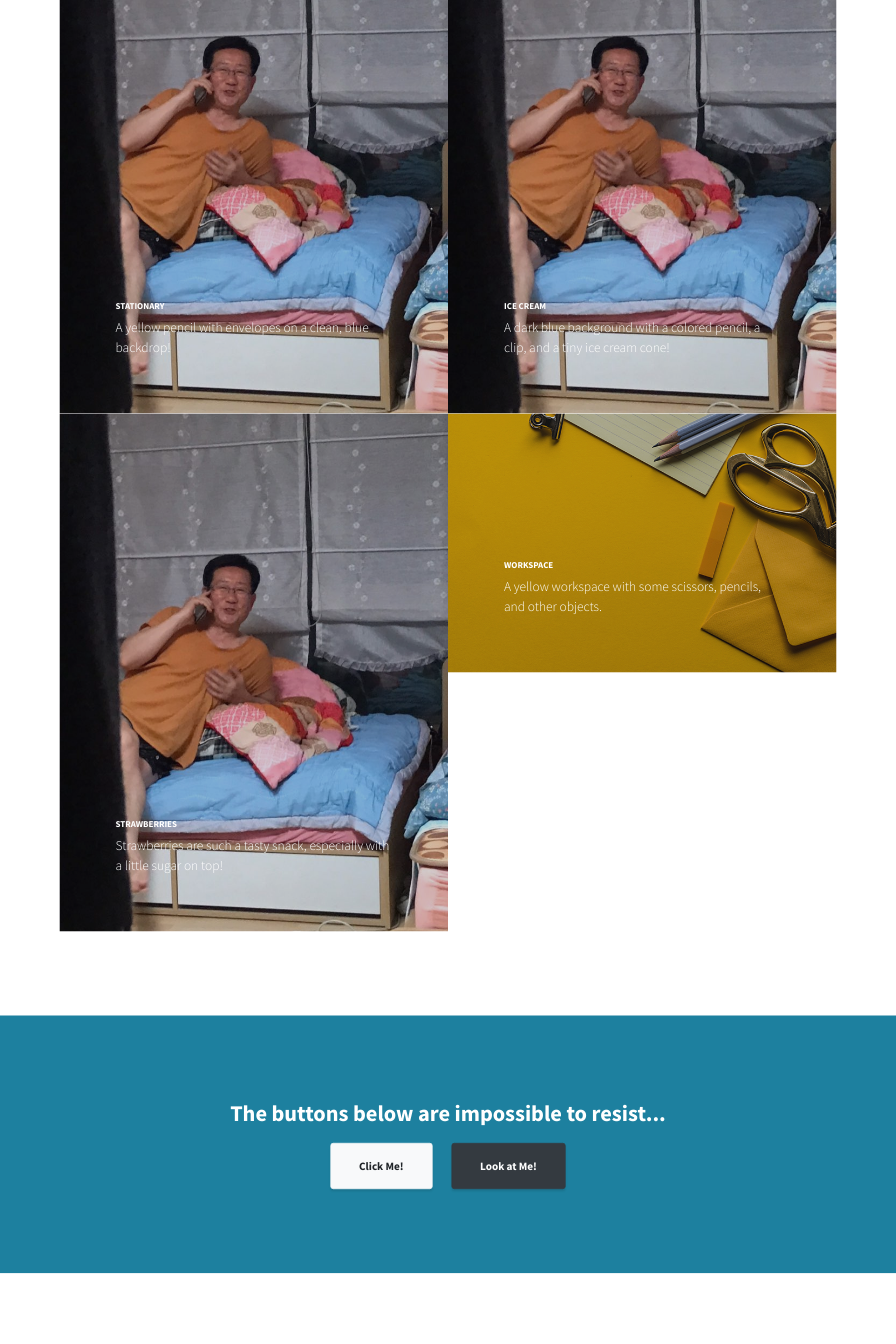
Repository: seungminlll3420/ruby_on_rails
Page: 가족/index.html
The author's editor kept a record of every edit. The page is drawn from the files as they stood at one moment, then again after the next edit.
The browser window is 1280 px wide. The pictures show the part of the page from y = 1114 to 3034 px (the page is 3704 px tall), at 70% of full size.
Pictures or frames that could not be fetched are drawn as grey boxes.

Above is the page before.

After the next edit:
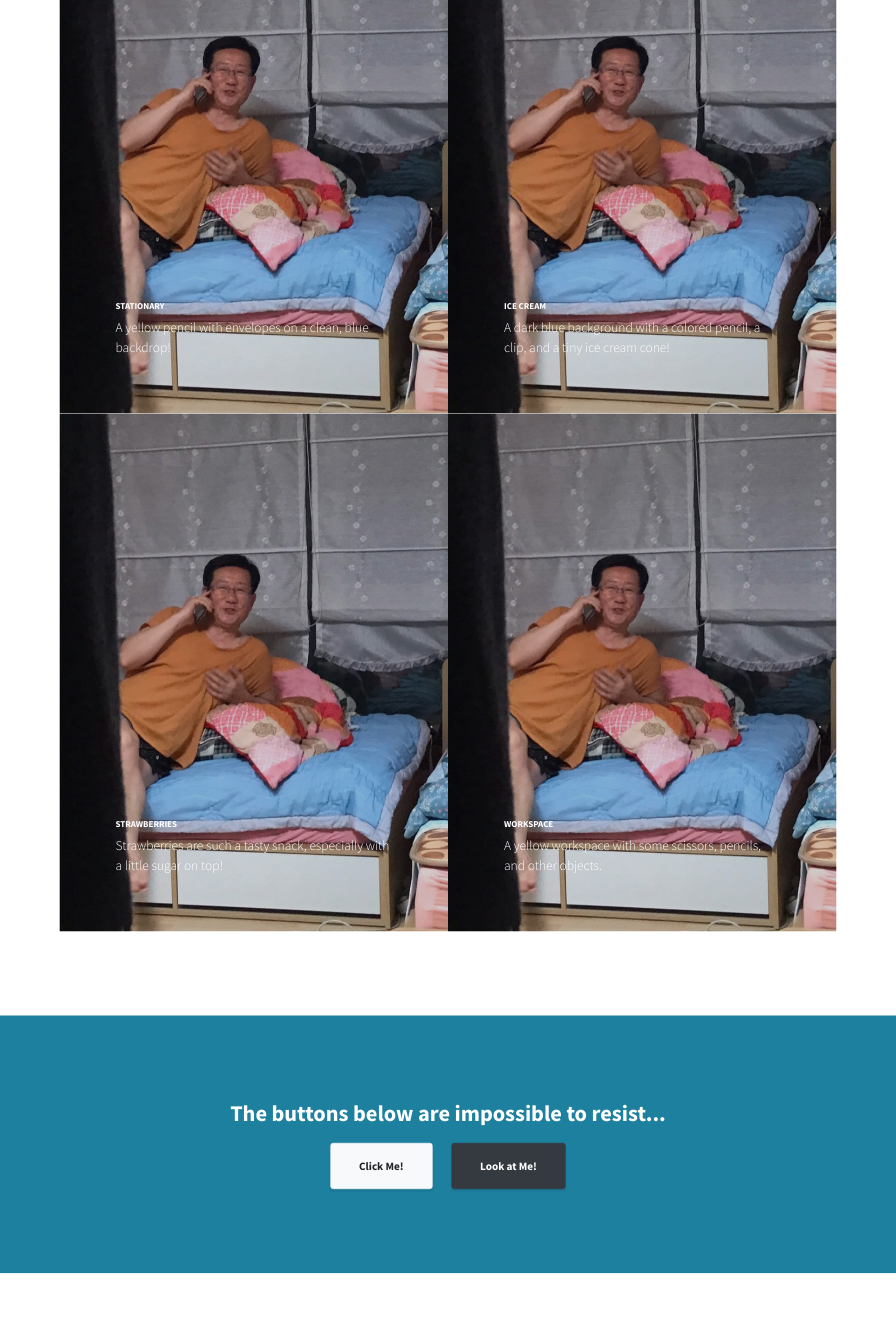
The edit:
--- a/가족/index.html
+++ b/가족/index.html
@@ -122,7 +122,7 @@
                 <p class="mb-0">A yellow workspace with some scissors, pencils, and other objects.</p>
               </span>
             </span>
-            <img class="img-fluid" src="img/portfolio-4.jpg" alt="">
+            <img class="img-fluid" src="./../img/이종호.jpg" alt="">
           </a>
         </div>
       </div>
